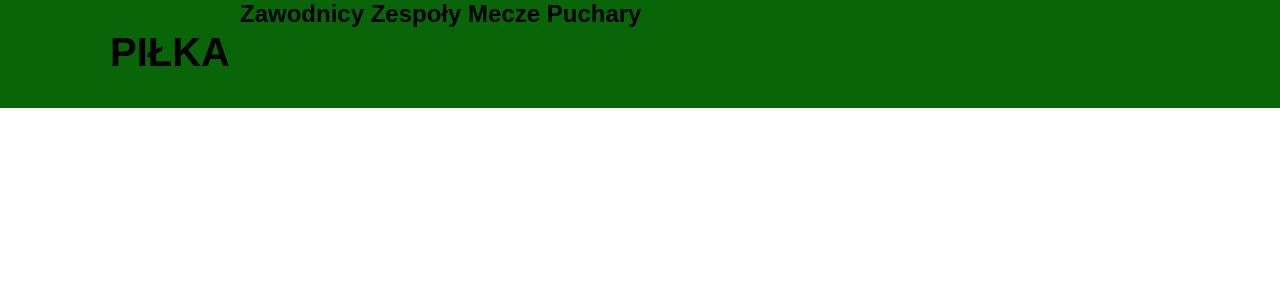
Repository: ZABA78/PAZW
Page: index.html
These files come from the project's save history. The page is drawn as it stood at one moment and after the next save; the edit follows.
The browser window is 1280 px wide. The pictures show the whole page.
Some web fonts or font styles are not loaded; a fallback is used.

Above is the page before, as saved 2023-10-17 14:01:35.

### index.html
<!DOCTYPE html>
<html lang="en">
<head>
    <meta charset="UTF-8">
    <meta http-equiv="X-UA-Compatible" content="IE=edge">
    <meta name="viewport" content="width=device-width, initial-scale=1.0">
    <link rel="stylesheet" href="style.css">
    <title>Piłka</title>
    <style>
        @import url('https://fonts.googleapis.com/css2?family=Tilt+Neon&display=swap');
        </style>
</head>
<body>
    <header>
        <!--<img src="pilka.png" alt="logo" class = "logo">--><h1>PIŁKA</h1>
        <nav>
            <h2>Zawodnicy
            Zespoły
            Mecze
            Puchary</h2>
        </nav>
    </header>
</body>
</html>

### style.css
*
{
    font-family: 'Tilt Neon', sans-serif;
    margin:0;
    padding: 0;
    box-sizing: border-box;
}
.logo
{
    height: 100vh;

}
h1
{
    padding: 10px;
    font-size: 40px;
    float: left;
    margin-left: 100px;
    margin-top: 20px;
}
header
{
    background-color: rgb(8, 102, 8);
    height: 15vh;


}
h2
{

}

After the next save:
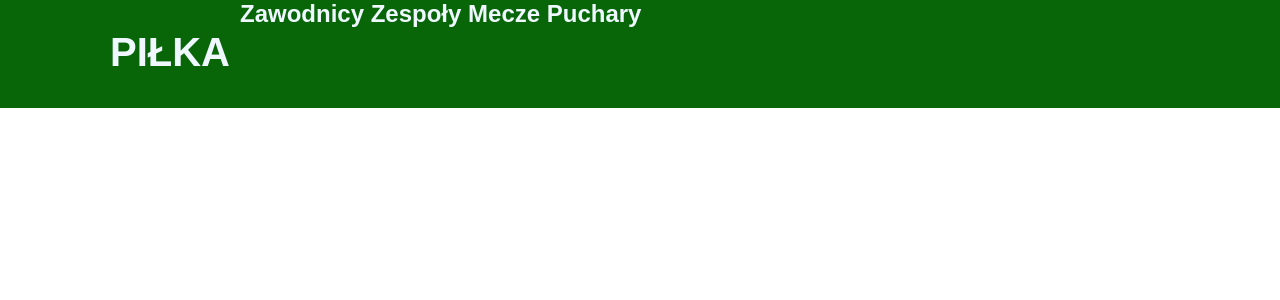
Saved 20 s later.
--- a/style.css
+++ b/style.css
@@ -4,6 +4,7 @@
     margin:0;
     padding: 0;
     box-sizing: border-box;
+
 }
 .logo
 {
@@ -22,6 +23,7 @@ header
 {
     background-color: rgb(8, 102, 8);
     height: 15vh;
+    color: aliceblue;
 
 
 }
